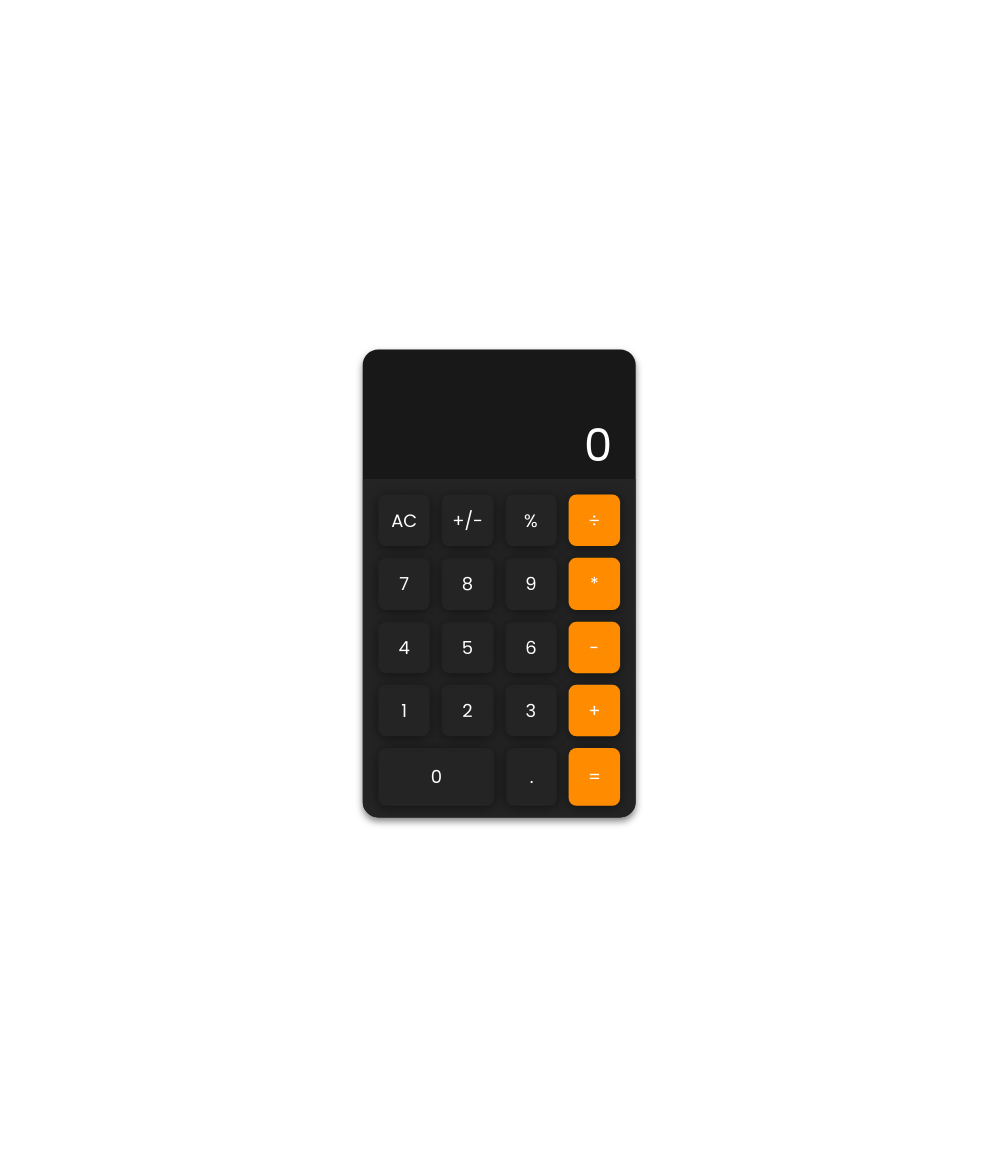
Repository: minhtien9/Calculator
Page: /
The author's editor kept a copy of each file at every save. The page is drawn from the files as they stood at one save, then again after the next save.
The browser window is 1280 px wide. The pictures show the whole page, at 78% of full size.
The pointer rests on the first visible `button`.
The project was rebuilt for these pictures with package versions that can differ from the ones it lists, and the page was loaded fresh each time.

Above is the page before, as saved 2022-07-21 22:28:34.

### src/index.js
import React from "react";
import ReactDOM from "react-dom/client";
import App from "./App";

const root = ReactDOM.createRoot(document.getElementById("root"));
root.render(
    <React.StrictMode>
        <App />
    </React.StrictMode>
);

// If you want to start measuring performance in your app, pass a function
// to log results (for example: reportWebVitals(console.log))
// or send to an analytics endpoint. Learn more: https://bit.ly/CRA-vitals

### src/App.js
import "./App.css";
import Caculator from "./Components/Caculator";

function App() {
    return (
        <div className='App'>
            <Caculator />
        </div>
    );
}

export default App;

### src/App.css
* {
    padding: 0;
    margin: 0;
    box-sizing: border-box;
    -webkit-user-select: none;
    -webkit-user-drag: none;
    -webkit-app-region: none;
}

### src/Components/Caculator.jsx
import React, { useEffect, useState } from "react";
import "./Caculator.scss";

const Caculator = () => {
    const [inputNum, setInputNum] = useState(0);
    const [calculatedNum, setCalculatedNum] = useState(0);
    const [operator, setOperator] = useState("");
    const [isDecimal, setIsDecimal] = useState(false);
    const [decimalCount, setDecimalCount] = useState(1);
    const [monitor, setMonitor] = useState("");

    useEffect(() => {
        setMonitor(inputNum);
    }, [inputNum]);

    useEffect(() => {
        setMonitor(calculatedNum);
    }, [calculatedNum]);

    // Take input number from keyboard
    const TakeInputNum = (num) => {
        if (isDecimal) {
            num = num / Math.pow(10, decimalCount);
            setDecimalCount(decimalCount + 1);
            setInputNum(parseFloat((inputNum + num).toFixed(decimalCount)));
        } else {
            setInputNum(inputNum * 10 + num);
        }
    };

    // Take operator from keyboard
    const TakeOperator = (operator) => {
        setOperator(operator);
        Calculate();
        setInputNum(0);
    };

    // Do the calculation
    const Calculate = () => {
        setIsDecimal(false);
        setDecimalCount(1);
        if (operator === "/" && inputNum === 0) {
            setCalculatedNum(NaN);
            setInputNum(0);
            return;
        }

        if (calculatedNum === 0 && inputNum === 0) {
            return;
        }

        switch (operator) {
            case "+":
                setCalculatedNum(calculatedNum + inputNum);
                break;
            case "-":
                setCalculatedNum(calculatedNum - inputNum);
                break;
            case "*":
                setCalculatedNum(calculatedNum * inputNum);
                break;
            case "/":
                setCalculatedNum(calculatedNum / inputNum);
                break;

            default:
                break;
        }
        if (operator === "") {
            setCalculatedNum(inputNum);
        } else {
            setInputNum(0);
        }
        return;
    };

    // Get the equation
    const GetEqual = () => {
        Calculate();
        setOperator("");
    };

    // Minus plus
    const minusPlus = () => {
        if (inputNum.charAt(0) === "-") {
            setInputNum(inputNum.substring(1));
            console.log(setInputNum(inputNum.substring(1)));
        } else {
            setInputNum("-" + inputNum);
        }
    };

    // Clear All
    const Clear = () => {
        setInputNum(0);
        setCalculatedNum(0);
        setMonitor("");
        setOperator("");
    };

    return (
        <div className='caculator'>
            <section className='monitor'>
                <p className='out-put'>{monitor}</p>
            </section>

            <section className='keyboard'>
                <div className='keyboard-row'>
                    <button
                        className='one-block'
                        onClick={() => {
                            Clear();
                        }}
                    >
                        AC
                    </button>
                    <button className='one-block'> +/- </button>
                    <button className='one-block' onClick={minusPlus}>
                        %
                    </button>
                    <button
                        className='one-block orange'
                        onClick={() => {
                            TakeOperator("/");
                        }}
                    >
                        ÷
                    </button>
                </div>

                <div className='keyboard-row'>
                    <button
                        className='one-block'
                        onClick={() => {
                            TakeInputNum(7);
                        }}
                    >
                        7
                    </button>
                    <button
                        className='one-block'
                        onClick={() => {
                            TakeInputNum(8);
                        }}
                    >
                        8
                    </button>
                    <button
                        className='one-block'
                        onClick={() => {
                            TakeInputNum(9);
                        }}
                    >
                        9
                    </button>
                    <button
                        className='one-block orange'
                        onClick={() => {
                            TakeOperator("*");
                        }}
                    >
                        *
                    </button>
                </div>

                <div className='keyboard-row'>
                    <button
                        className='one-block'
                        onClick={() => {
                            TakeInputNum(4);
                        }}
                    >
                        4
                    </button>
                    <button
                        className='one-block'
                        onClick={() => {
                            TakeInputNum(5);
                        }}
                    >
                        5
                    </button>
                    <button
                        className='one-block'
                        onClick={() => {
                            TakeInputNum(6);
                        }}
                    >
                        6
                    </button>
                    <button
                        className='one-block orange'
                        onClick={() => {
                            TakeOperator("-");
                        }}
                    >
                        -
                    </button>
                </div>

                <div className='keyboard-row'>
                    <button
                        className='one-block'
                        onClick={() => {
                            TakeInputNum(1);
                        }}
                    >
                        1
                    </button>
                    <button
                        className='one-block'
                        onClick={() => {
                            TakeInputNum(2);
                        }}
                    >
                        2
                    </button>
                    <button
                        className='one-block'
                        onClick={() => {
                            TakeInputNum(3);
                        }}
                    >
                        3
                    </button>
                    <button
                        className='one-block orange'
                        onClick={() => {
                            TakeOperator("+");
                        }}
                    >
                        +
                    </button>
                </div>

                <div className='keyboard-row'>
                    <button
                        className='two-block'
                        onClick={() => {
                            TakeInputNum(0);
                        }}
                    >
                        0
                    </button>
                    <button
                        className='one-block'
                        onClick={() => {
                            setIsDecimal(true);
                        }}
                    >
                        .
                    </button>
                    <button
                        className='one-block orange'
                        onClick={() => {
                            GetEqual();
                        }}
                    >
                        =
                    </button>
                </div>
            </section>
        </div>
    );
};

export default Caculator;

### src/Components/Caculator.scss
@import url("https://fonts.googleapis.com/css2?family=Poppins:ital,wght@0,100;0,200;0,300;0,400;0,500;0,600;0,700;0,800;0,900;1,100;1,200;1,300;1,400;1,500;1,600;1,700;1,800;1,900&display=swap");

* {
    font-family: "Poppins";
    font-size: 23px;
    color: white;
}

button {
    border: none;
    background: none;
    cursor: pointer;
    border-radius: 10px;
    box-shadow: 0 2px 15px 0 rgba(0, 0, 0, 0.5);
}

button:hover{

}

.orange {
    background: darkorange;
    color: white;
}

.caculator {
    width: 350px;
    height: 600px;
    margin: 35% auto;
    background-color: rgb(24, 24, 24);
    display: flex;
    flex-direction: column;
    border-radius: 20px;
    overflow: hidden;
    box-shadow: 0px 5px 10px 0px rgba(0, 0, 0, 0.5);
}

.monitor {
    .out-put {
        margin: 80px 30px 0px;
        font-size: 2.5rem;
        text-align: right;
    }
}

.keyboard {
    display: flex;
    flex-direction: column;
    background: rgb(36, 36, 36);
    gap: 15px;
    padding: 20px;
}

.keyboard-row {
    display: flex;
    gap: 15px;
    .one-block {
        width: 25%;
        aspect-ratio: 1/1;
    }

    .two-block {
        width: calc(50% - -21px);
        aspect-ratio: 2/1;
    }
}

Loaded but not shown: public/index.html (common file); public/manifest.json (common file)

After the next save:
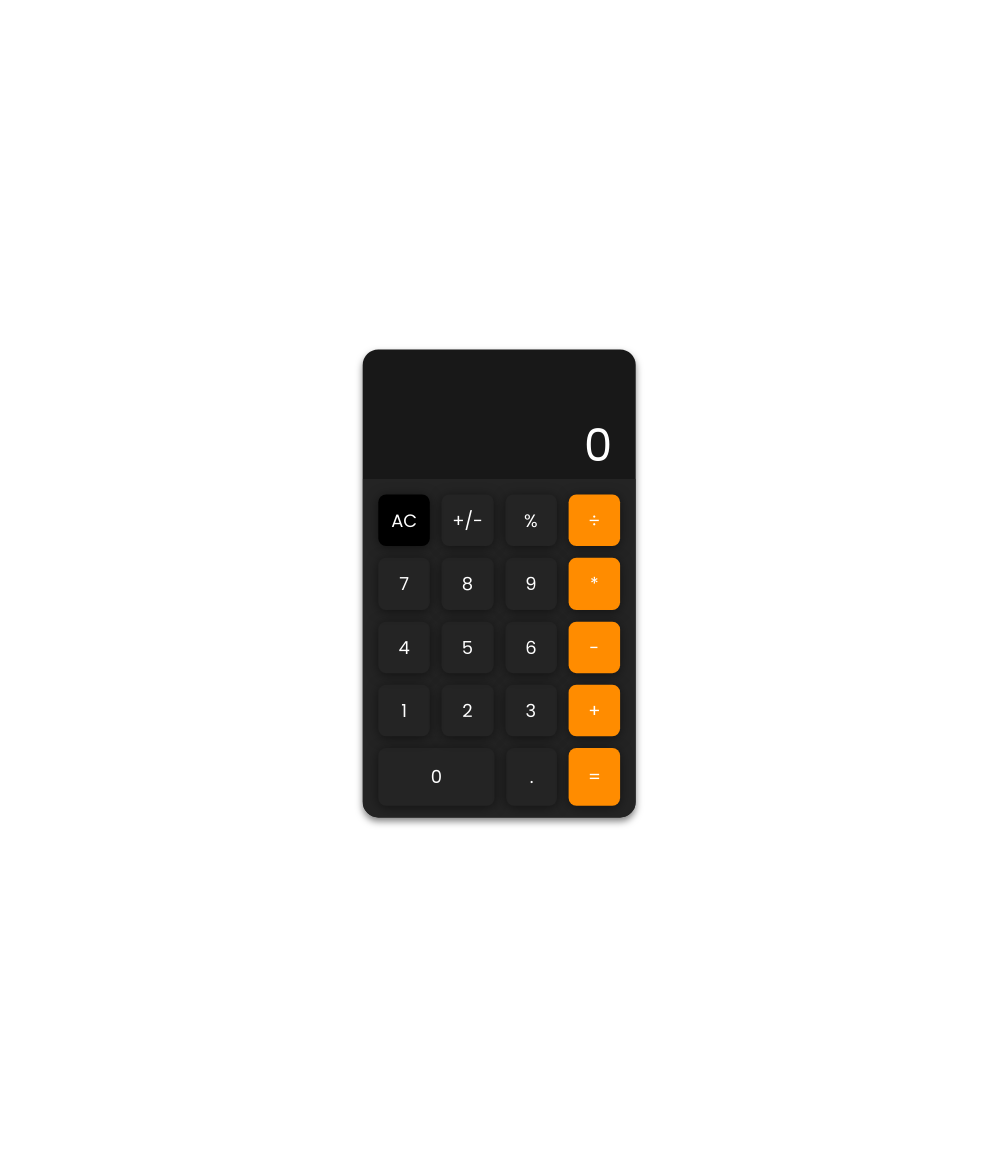
Saved 4 s later.
--- a/src/Components/Caculator.scss
+++ b/src/Components/Caculator.scss
@@ -14,8 +14,8 @@
     box-shadow: 0 2px 15px 0 rgba(0, 0, 0, 0.5);
 }
 
-button:hover{
-
+button:hover {
+    background: #000;
 }
 
 .orange {
